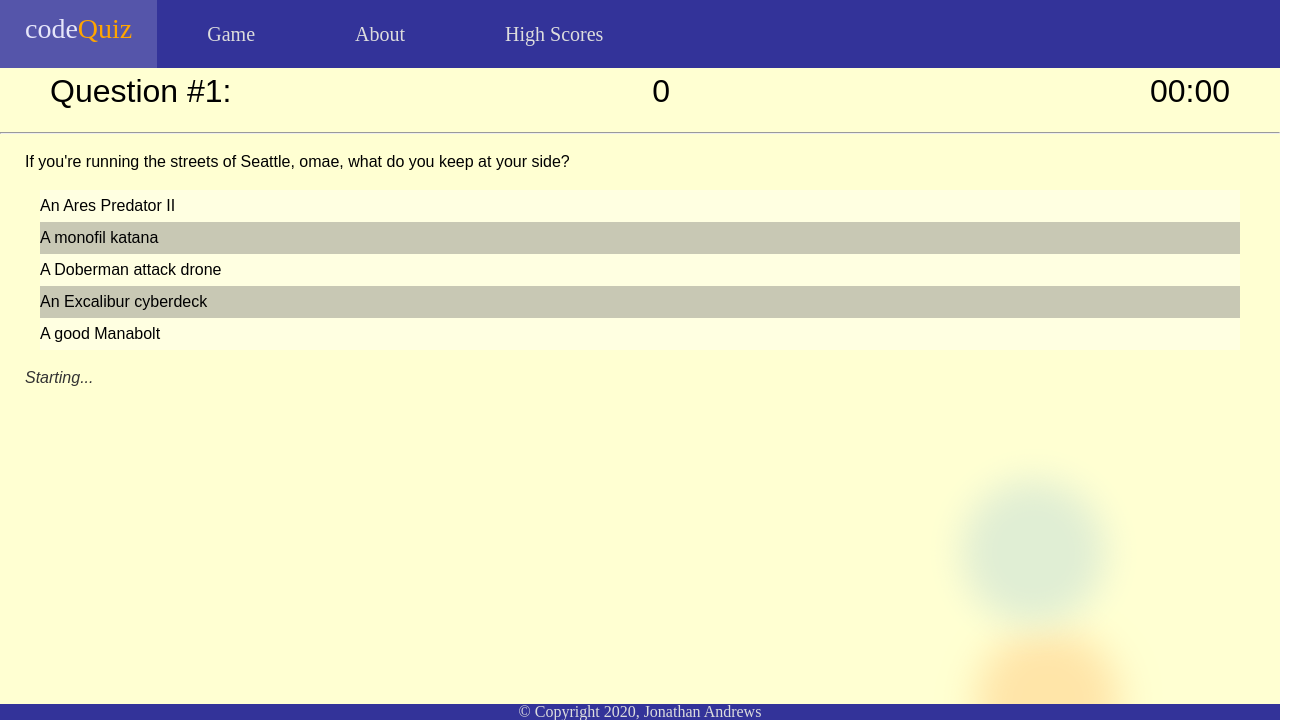
Repository: ionathas78/200324-CodeQuiz
Page: index.html
The author's editor kept a copy of each file at every save. The page is drawn from the files as they stood at one save, then again after the next save.
The browser window is 1280 px wide. The page is 1305 px wide, so the pictures cover 1305 px, including what lies to the right of the window. The pictures show the whole page.
Some web fonts or font styles are not loaded; a fallback is used. Some web libraries are served in a nearby version.

Above is the page before, as saved 2021-09-25 13:15:24.
Console error: ReferenceError: _QUESTION_NAME is not defined
Not found: Assets/JavaScript/Pictures/pictureSet.js
Not found: Assets/JavaScript/Questions/questionSet.js

After the next save:
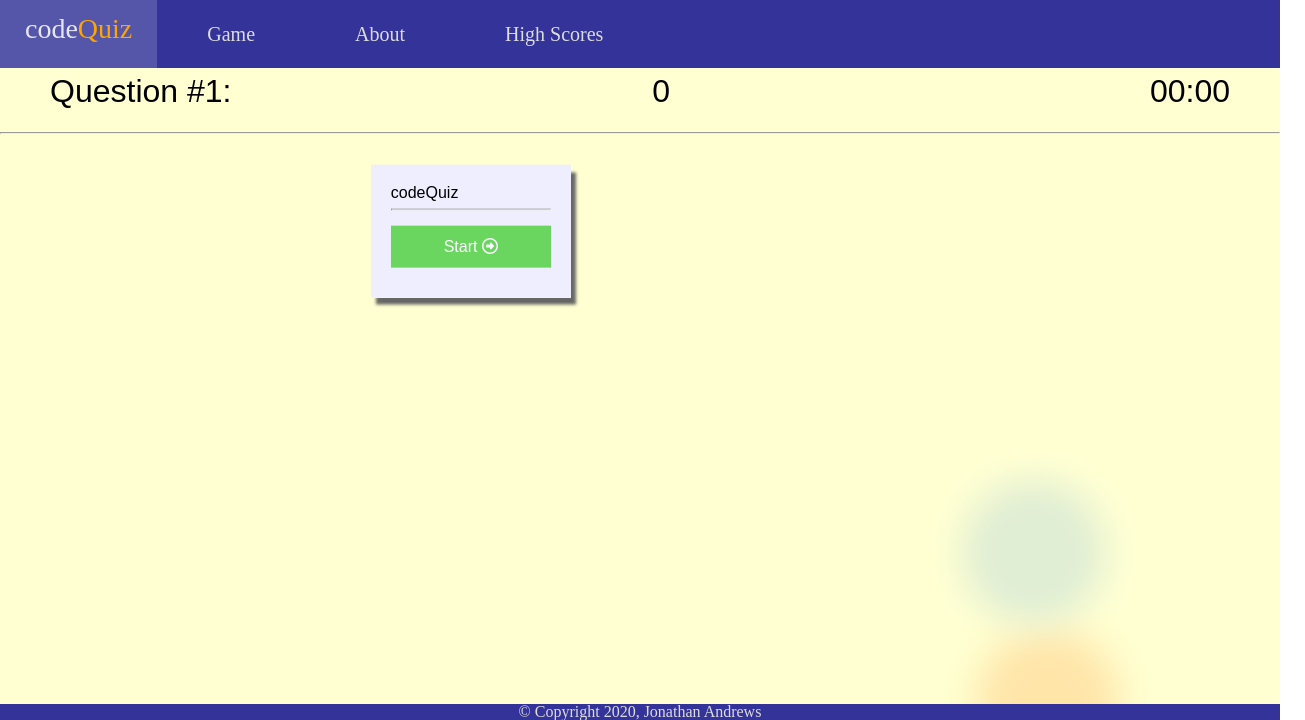
The error is gone.
Saved 38 s later.
--- a/index.html
+++ b/index.html
@@ -108,8 +108,8 @@
         </div>
     </section>
 
-    <script type="text/javascript" src="./Assets/JavaScript/Questions/questionSet.js"></script>
-    <script type="text/javascript" src="./Assets/JavaScript/Pictures/pictureSet.js"></script>
+    <script type="text/javascript" src="./Assets/Questions/questionSet.js"></script>
+    <script type="text/javascript" src="./Assets/Pictures/pictureSet.js"></script>
     <script type="text/javascript" src="./Assets/JavaScript/script.js"></script>
 </body>
 </html>
